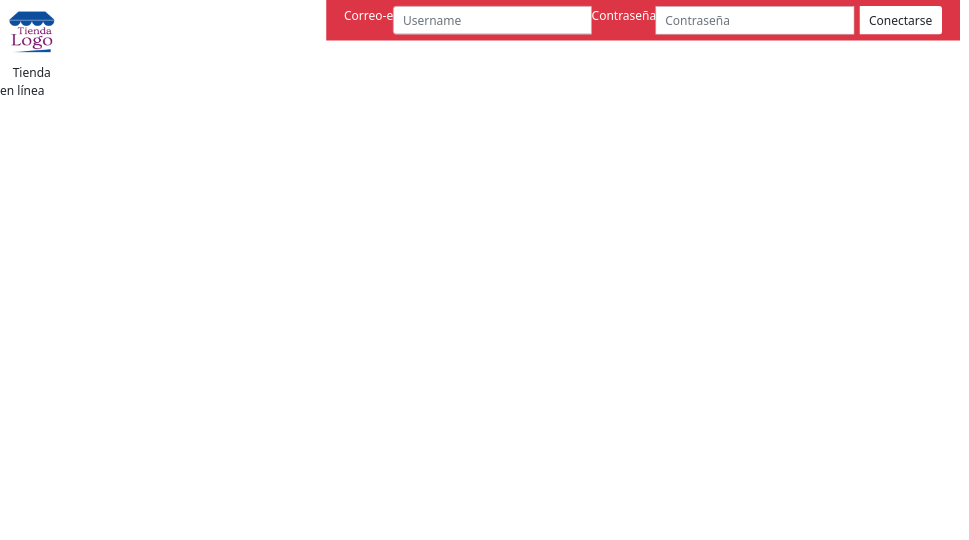
Repository: nicorp00/bootstrapSass
Page: Main/index.html
The author's editor kept a copy of each file at every save. The page is drawn from the files as they stood at one save, then again after the next save.
The browser window is 1280 px wide. The page is 1292 px wide, so the pictures cover 1292 px, including what lies to the right of the window. The pictures show the whole page, at 75% of full size.
Pictures or frames that could not be fetched are drawn as grey boxes. The style sheet was rebuilt from its Sass, Less or Tailwind sources for each picture, by a compiler version that may differ from the author's.

Above is the page before, as saved 2022-03-25 11:07:07.

### Main/index.html
<!DOCTYPE html>
<html lang="en">
<head>
    <meta charset="UTF-8">
    <meta http-equiv="X-UA-Compatible" content="IE=edge">
    <meta name="viewport" content="width=device-width, initial-scale=1.0">
    <title>Document</title>
    <link rel="stylesheet" href="css/style.css">
    <link rel="stylesheet" href="css/bootstrap.min.css">
</head>
<body>
    <section class="section__top row">
        <div class="col-1">
            <img src="img/logo.png" class="img-fluid" alt="...">
            <span>Tienda en línea</span>
        </div>
        <div class="col-3"></div>
        <div class="top-nav col-8">
            <nav class="navbar navbar-danger bg-danger">
                <form class="container-fluid">
                  <div class="input-group">
                    <!--<span class="input-group-text" id="basic-addon1">@</span>-->
                    Correo-e<input type="text" class="form-control" placeholder="Username" aria-label="Correo@" aria-describedby="basic-addon1">
                    Contraseña<input class="form-control me-2" type="search" placeholder="Contraseña" aria-label="Search">
                    <button class="btn btn-outline" type="submit">Conectarse</button>
                  </div>
                </form>
              </nav>
        </div>
    </section>
    <script src="js/bootstrap.min.js"></script>
</body>
</html>

### Main/scss/style.scss
@use 'section__top';

### Main/scss/_section__top.scss
.section__top{
    span{
        margin-left: 20%;
    }
    form{
        color: white;
    }
    button{
        background-color: white;
    }
}

Loaded but not shown: Main/css/bootstrap.min.css (library); Main/js/bootstrap.min.js (library)

After the next save:
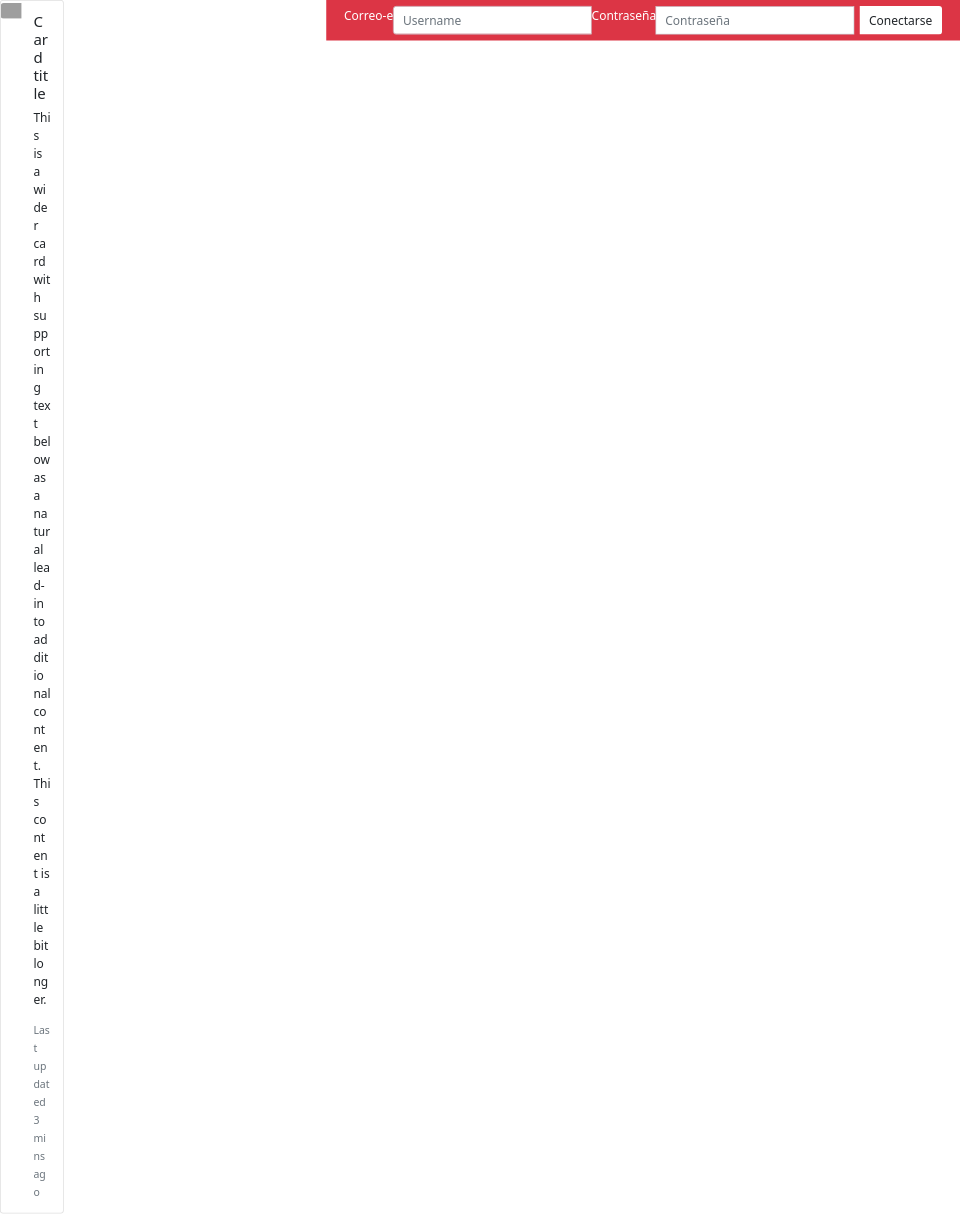
Saved 44 s later.
--- a/Main/index.html
+++ b/Main/index.html
@@ -11,8 +11,20 @@
 <body>
     <section class="section__top row">
         <div class="col-1">
-            <img src="img/logo.png" class="img-fluid" alt="...">
-            <span>Tienda en línea</span>
+            <div class="card mb-3" style="max-width: 540px;">
+                <div class="row g-0">
+                  <div class="col-md-4">
+                    <img src="..." class="img-fluid rounded-start" alt="...">
+                  </div>
+                  <div class="col-md-8">
+                    <div class="card-body">
+                      <h5 class="card-title">Card title</h5>
+                      <p class="card-text">This is a wider card with supporting text below as a natural lead-in to additional content. This content is a little bit longer.</p>
+                      <p class="card-text"><small class="text-muted">Last updated 3 mins ago</small></p>
+                    </div>
+                  </div>
+                </div>
+              </div>
         </div>
         <div class="col-3"></div>
         <div class="top-nav col-8">
